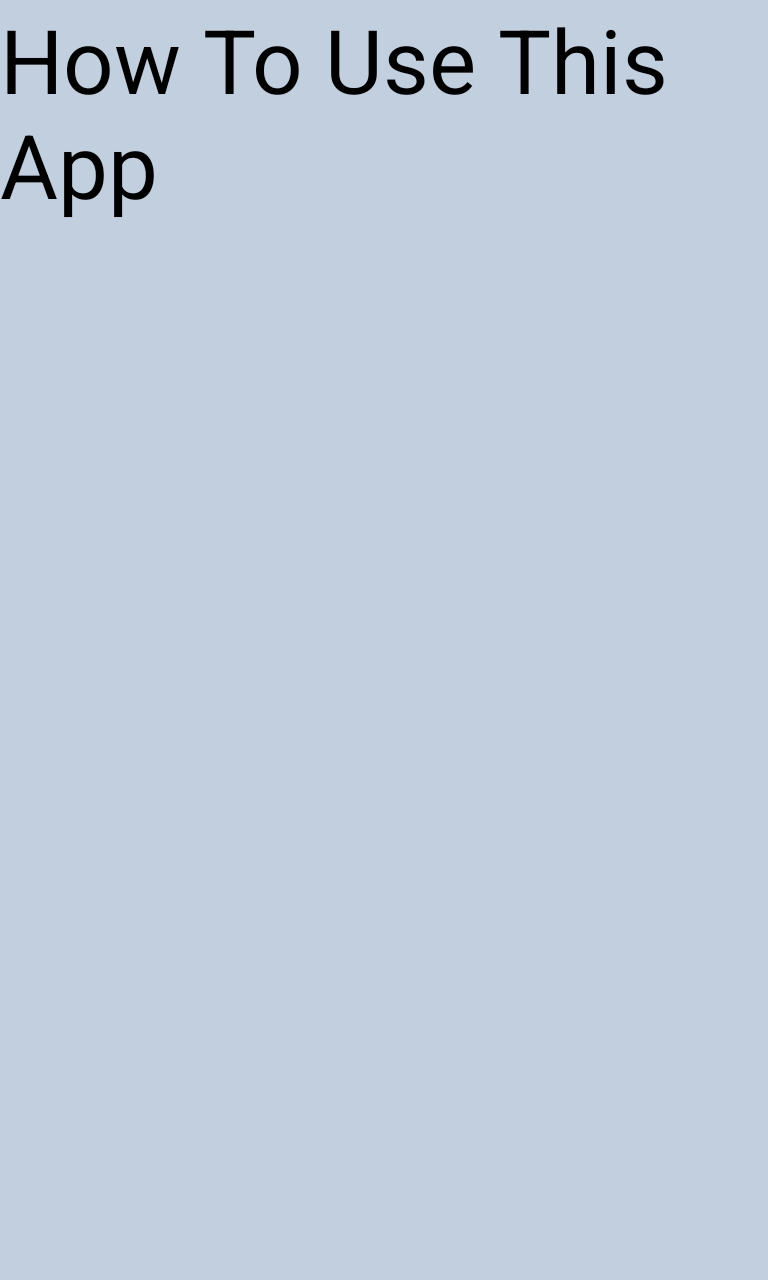
Repository: parinya1968/My-project
Layout: DroidWork/getBig/res/layout/howto.xml
An editor plug-in stored every save of this project. The layout is shown before and after the next save, followed by the edit.
It is drawn on a 768 x 1280 px phone screen (xhdpi) without system bars, with theme android:Theme.NoTitleBar.Fullscreen; the app's code is not run.

Above is the layout before, as saved 2012-06-20 04:51:05.

After the next save:
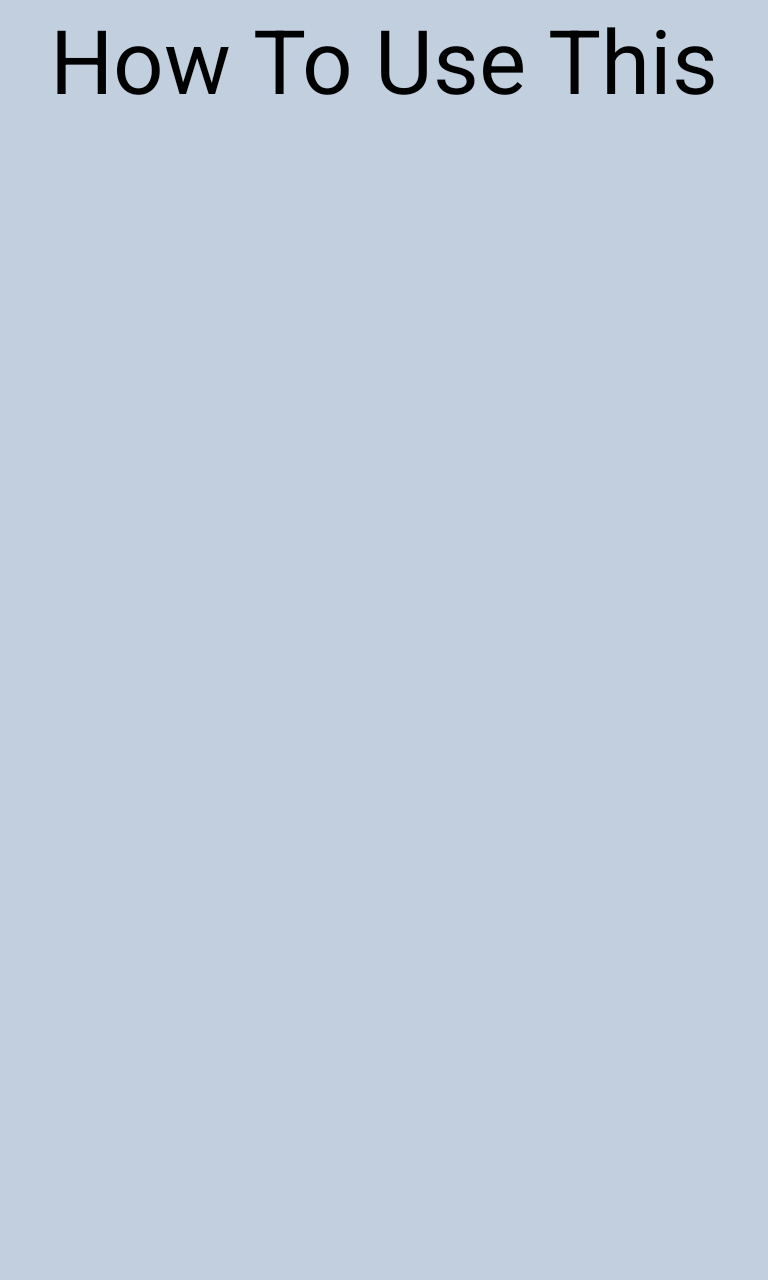
Saved 39 s later.
--- a/DroidWork/getBig/res/layout/howto.xml
+++ b/DroidWork/getBig/res/layout/howto.xml
@@ -9,7 +9,7 @@
         android:layout_width="wrap_content"
         android:layout_height="wrap_content"
         android:layout_gravity="center_horizontal"
-        android:text="How To Use This App"
+        android:text="How To Use This"
         android:textColor="#000000"
         android:textSize="20pt" />
 
